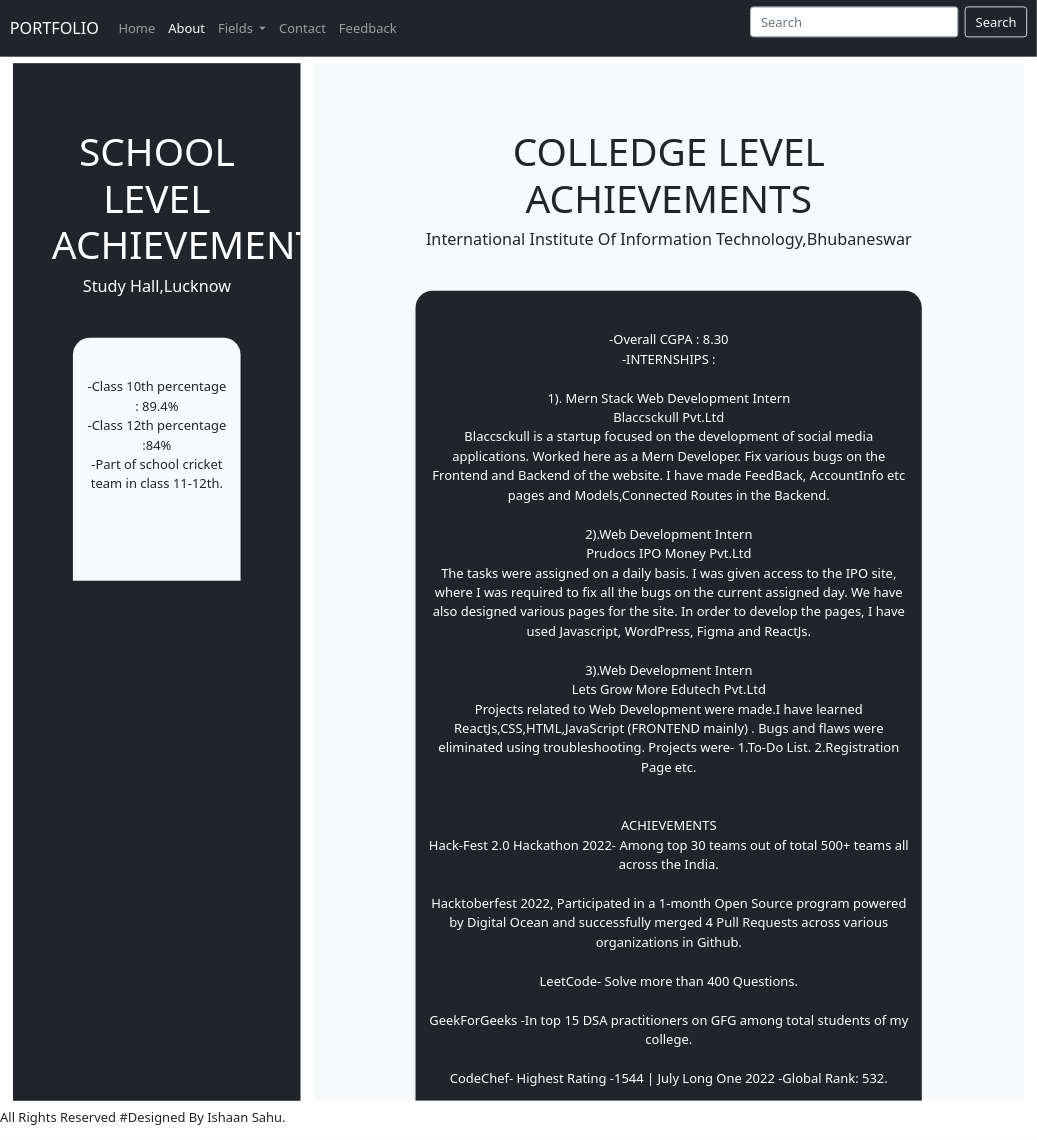
Repository: ishaan51551/Ishaan-s-Portfolio-
Page: about.html
The author's editor kept a copy of each file at every save. The page is drawn from the files as they stood at one save, then again after the next save.
The browser window is 1280 px wide. The pictures show the whole page, at 81% of full size.

Above is the page before, as saved 2023-09-13 16:20:33.

### about.html
</body>

</html>

<!doctype html>
<html lang="en">

<head>
  <!-- Required meta tags -->
  <meta charset="utf-8">
  <meta name="viewport" content="width=device-width, initial-scale=1">

  <!-- Bootstrap CSS -->
  <link href="https://cdn.jsdelivr.net/npm/bootstrap@5.1.1/dist/css/bootstrap.min.css" rel="stylesheet"
    integrity="sha384-F3w7mX95PdgyTmZZMECAngseQB83DfGTowi0iMjiWaeVhAn4FJkqJByhZMI3AhiU" crossorigin="anonymous">

  <title>Ishaan Sahu Portfolio</title>
</head>

<body>


  <!-- NAVBAR -->
  <nav class="navbar navbar-expand-lg navbar-dark bg-dark">
    <div class="container-fluid">
      <a class="navbar-brand" href="#">PORTFOLIO </a>
      <button class="navbar-toggler" type="button" data-bs-toggle="collapse" data-bs-target="#navbarSupportedContent"
        aria-controls="navbarSupportedContent" aria-expanded="false" aria-label="Toggle navigation">
        <span class="navbar-toggler-icon"></span>
      </button>
      <div class="collapse navbar-collapse" id="navbarSupportedContent">
        <ul class="navbar-nav me-auto mb-2 mb-lg-0">
          <li class="nav-item">
            <a class="nav-link " aria-current="page" href="index.html">Home</a>
          </li>
          <li class="nav-item">
            <a class="nav-link active" href="/about.html">About</a>
          </li>
          <li class="nav-item dropdown">
            <a class="nav-link dropdown-toggle" href="#" id="navbarDropdown" role="button" data-bs-toggle="dropdown"
              aria-expanded="false">
              Fields
            </a>
            <ul class="dropdown-menu" aria-labelledby="navbarDropdown">
              <li><a class="dropdown-item" href="programming.html">Programming</a></li>
              <li><a class="dropdown-item" href="webdev.html">Web Devlopment</a></li>
              <li>
                <hr class="dropdown-divider">
              </li>
              <li><a class="dropdown-item" href="extracurricular.html">Extra Curricular</a></li>
            </ul>
          </li>
          <li class="nav-item">
            <a class="nav-link " aria-current="page" href="contact.html">Contact</a>
          </li>

          <li class="nav-item">
            <a class="nav-link" href="feedback.html">Feedback</a>

          </li>

        </ul>
        <form class="d-flex">
          <input class="form-control me-2" type="search" placeholder="Search" aria-label="Search">
          <button class="btn btn-outline-light" type="submit">Search</button>

        </form>
      </div>
    </div>
  </nav>

  <!-- Optional JavaScript; choose one of the two! -->

  <!-- Option 1: Bootstrap Bundle with Popper -->
  <script src="https://cdn.jsdelivr.net/npm/bootstrap@5.1.1/dist/js/bootstrap.bundle.min.js"
    integrity="sha384-/bQdsTh/da6pkI1MST/rWKFNjaCP5gBSY4sEBT38Q/9RBh9AH40zEOg7Hlq2THRZ"
    crossorigin="anonymous"></script>



  <!-- boxes -->
  <div class="d-md-flex flex-md-equal w-100my-md-3 ps-md-3 my-2 justify-content-center align item center">
    <div class="bg-dark me-md-3 pt-3 px-3 pt-md-5 px-md-5 text-center text-white overflow-hidden">
      <div class="my-3 py-3 ">
        <h2 class="display-5">SCHOOL LEVEL ACHIEVEMENTS</h2>
        <p class="lead">Study Hall,Lucknow</p>
      </div>
      <div class="bg-light shadow-sm mx-auto" style="width: 80%; height: 300px; border-radius: 21px 21px 0 0;">
        <p class="dance text-dark overfow-hidden text-center px-3 py-5">-Class 10th percentage : 89.4%</br>
          -Class 12th percentage :84%</br>
          -Part of school cricket team in class 11-12th.<br>
        </p>

      </div>
    </div>
    <div class="bg-light me-md-3 pt-3 px-3 pt-md-5 px-md-5 text-center overflow-hidden">
      <div class="my-3 p-3">
        <h2 class="display-5">COLLEDGE LEVEL ACHIEVEMENTS</h2>
        <p class="lead">International Institute Of Information Technology,Bhubaneswar</p>
      </div>
      <div class="bg-dark shadow-sm mx-auto" style="width: 80%; height: 1000px; border-radius: 21px 21px 0 0;">
        <p class="swing text-white text-center px-3 py-5">
          -Overall CGPA : 8.30</br>
          -INTERNSHIPS :</br>
          <br>
          1). Mern Stack Web Development Intern<br>
          Blaccsckull Pvt.Ltd<br>
          Blaccsckull is a startup focused on the development of social media applications. Worked here as a Mern
          Developer.
          Fix various bugs on the Frontend and Backend of the website.
          I have made FeedBack, AccountInfo etc pages and Models,Connected Routes in the Backend.
          <br>
          <br>
          2).Web Development Intern<br>
          Prudocs IPO Money Pvt.Ltd<br>
          The tasks were assigned on a daily basis.
          I was given access to the IPO site, where I was required to fix all the bugs on the current assigned day. We
          have also designed various pages for the site.
          In order to develop the pages, I have used Javascript, WordPress, Figma and ReactJs.
          <br>
          <br>
          3).Web Development Intern<br>
          Lets Grow More Edutech Pvt.Ltd<br>
          Projects related to Web Development were made.I have learned ReactJs,CSS,HTML,JavaScript (FRONTEND mainly) .
          Bugs and flaws were eliminated using troubleshooting.
          Projects were-
          1.To-Do List.
          2.Registration Page etc.
          <br><br><br>
          ACHIEVEMENTS<br>
          Hack-Fest 2.0 Hackathon 2022- Among top 30 teams out of total 500+ teams all across the India.<br><br>
          Hacktoberfest 2022, Participated in a 1-month Open Source program powered by Digital Ocean and successfully merged 4 Pull Requests across various organizations in Github.<br><br>
          LeetCode- Solve more than 400 Questions.<br><br>
          GeekForGeeks -In top 15 DSA practitioners on GFG among total students of my college. <br><br>
          CodeChef- Highest Rating -1544 | July Long One 2022 -Global Rank:   532.<br><br>

        </p>
        </p>
      </div>
    </div>
  </div>

  <!-- FOOTER  -->
  <footer class="blog-footer">
    <p>All Rights Reserved #Designed By Ishaan Sahu.</p>
    <p>

    </p>
  </footer>
</body>

</html>

After the next save:
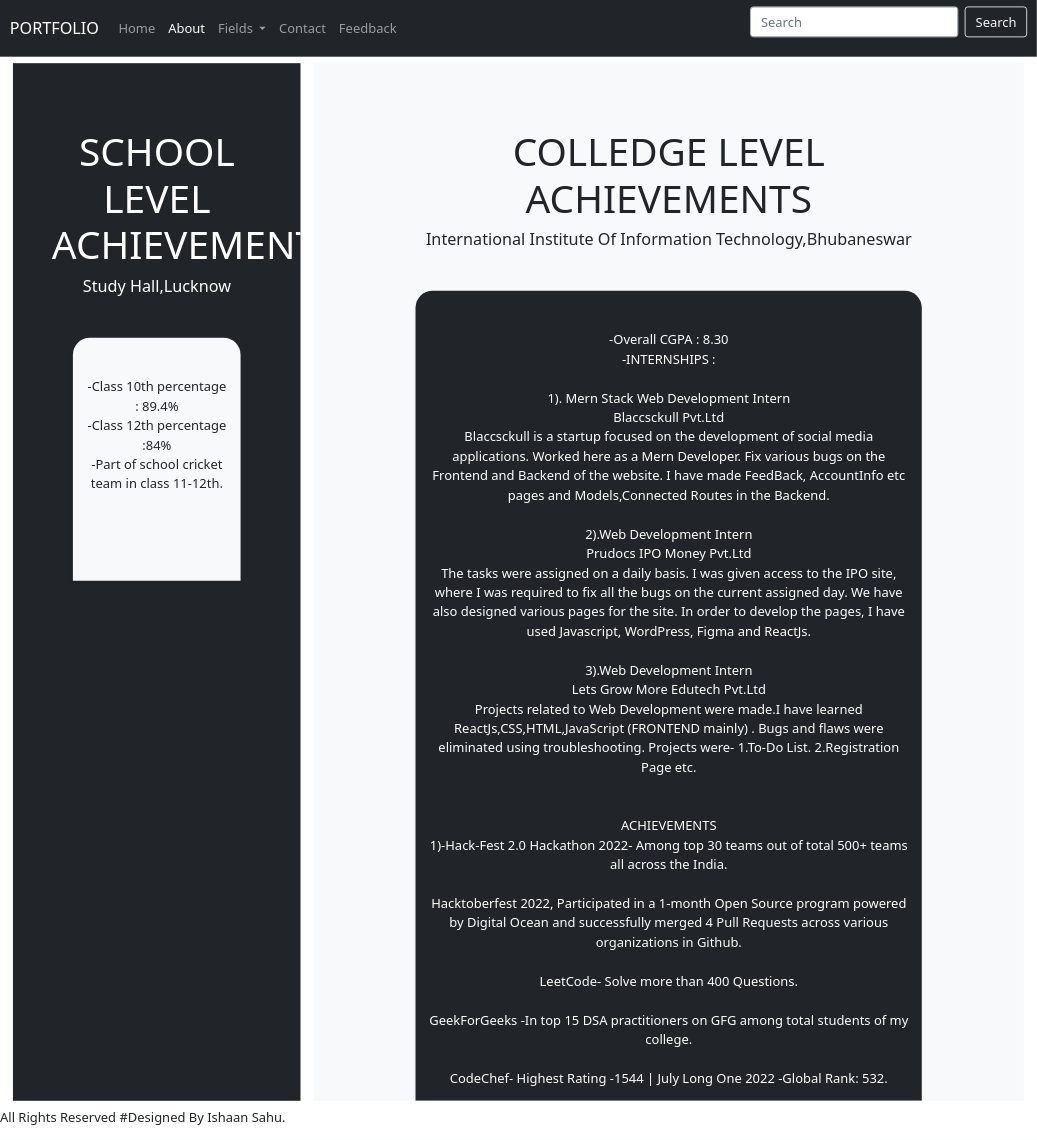
Saved 18 s later.
--- a/about.html
+++ b/about.html
@@ -128,7 +128,7 @@
           2.Registration Page etc.
           <br><br><br>
           ACHIEVEMENTS<br>
-          Hack-Fest 2.0 Hackathon 2022- Among top 30 teams out of total 500+ teams all across the India.<br><br>
+          1)-Hack-Fest 2.0 Hackathon 2022- Among top 30 teams out of total 500+ teams all across the India.<br><br>
           Hacktoberfest 2022, Participated in a 1-month Open Source program powered by Digital Ocean and successfully merged 4 Pull Requests across various organizations in Github.<br><br>
           LeetCode- Solve more than 400 Questions.<br><br>
           GeekForGeeks -In top 15 DSA practitioners on GFG among total students of my college. <br><br>
